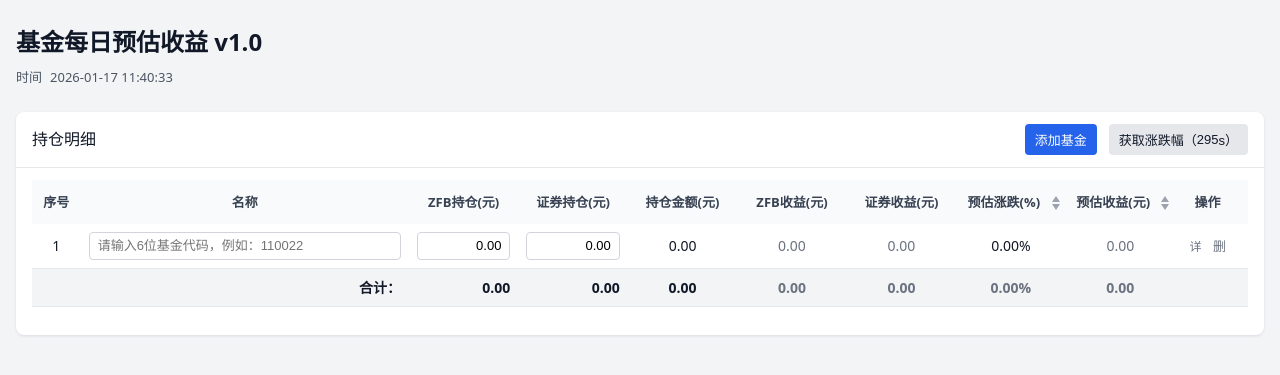
Repository: zt-boom/finance
Page: index.html
An editor plug-in stored every save of this project. The page is shown before and after the next save, followed by the edit.
The browser window is 1280 px wide. The pictures show the whole page.

Above is the page before, as saved 2026-01-19 11:48:59.

After the next save:
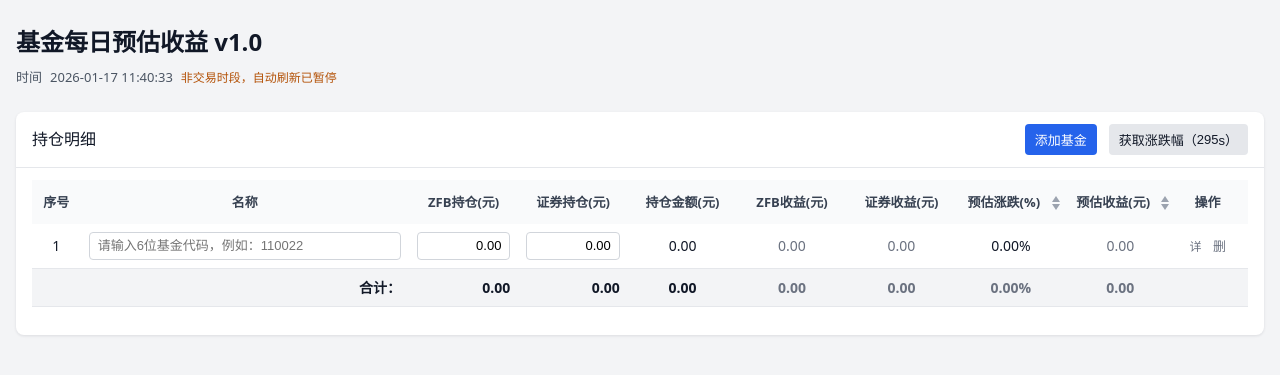
Saved 43 s later.
--- a/main.js
+++ b/main.js
@@ -913,6 +913,7 @@ element.classList.add("value-zero");
 
 function initApp() {
 const dateElement = document.getElementById("current-date");
+const tradingStatusElement = document.getElementById("trading-status");
 if (dateElement) {
 dateElement.textContent = getTodayDateString();
 }
@@ -999,6 +1000,15 @@ updateCountdown();
 if (dateElement) {
 setInterval(() => {
 dateElement.textContent = getTodayDateString();
+if (tradingStatusElement) {
+if (isTradingTime()) {
+tradingStatusElement.textContent = "";
+tradingStatusElement.classList.remove("paused");
+} else {
+tradingStatusElement.textContent = "非交易时段，自动刷新已暂停";
+tradingStatusElement.classList.add("paused");
+}
+}
 }, 1000);
 }
 setInterval(() => {
